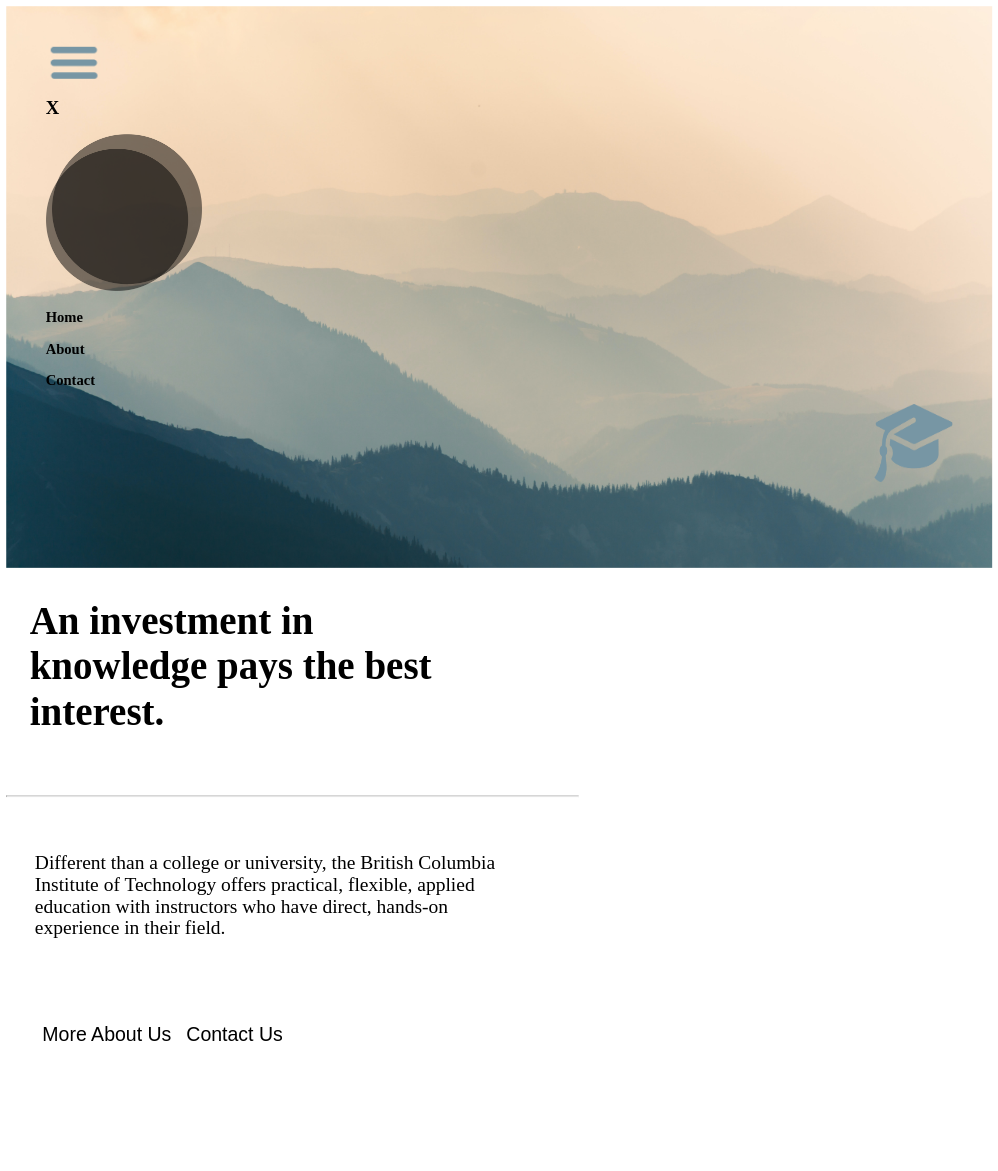
Repository: sierralaurent/MDIA2109-Assignment01
Page: /, after clicking the first element matching `button`
These files come from the project's save history. The page is drawn as it stood at one moment and after the next save; the edit follows.
The browser window is 1280 px wide. The pictures show the whole page, at 78% of full size.
The project was rebuilt for these pictures with package versions that can differ from the ones it lists, and the page was loaded fresh each time. The framework's server and built-in components were replaced by stand-ins that run in the browser. Also part of the build but not shown: next.config.js.

Above is the page before, as saved 2023-02-05 16:37:39.

### pages/index.js
import Head from 'next/head'
import Image from 'next/image'
import { Inter } from '@next/font/google'
import styles from '@/styles/Home.module.css'
import Link from 'next/link'
import Card from '../components/Card'
const inter = Inter({ subsets: ['latin'] })

export default function Home() {
  return (
    <>
    <nav>
      <Head>
        <title>Home</title>
        <meta name="author" content="MDIA 2109" />
        <meta property="og:title" content="Assignment #1 - Home Page" />
        <meta property="og:description" content="BCIT Digital Design and Development Diploma" />
        <link rel="icon" href="/favicon.png" />
        </Head>
        <main className={styles.main} >

          <div className={styles.nav}>
          <Card className={styles.icon1}/>
            <img src="icons/graduation-hat.png" className={styles.icon2}/>
          </div>
          <div className={styles.middle}>
            <div >
            <div className={styles.intro}>
            <h1>An investment in knowledge pays the best interest.</h1>
            </div>
            <hr></hr>
            <div className={styles.intro2}>
            <p>Different than a college or university, the British Columbia Institute of Technology offers practical, flexible, applied education with instructors who have direct, hands-on experience in their field.</p>
            </div>
            </div>

            <div className={styles.buttons}>
            <Link href="/about">
          <button className={styles.butt}>More About Us</button>
        </Link>
        <Link href="/contact">
        <button className={styles.butt}>Contact Us</button>
        </Link>
            </div>
            </div>
          <div className={styles.bottom}>
            <a href="/about">
              <span>
                <img src="icons/downwardArrow.png" className={styles.icon3}/>
              </span>
            </a>
          </div>
        </main>
    </nav>
    </>
  )
}

### styles/Home.module.css
.main {
  background-image: url('../public/background-images/backgroundMountain.jpg');
  background-size: cover;
  height: 100vh;
}

.nav {
  padding: 4%;
}

.buttons {
  padding: 5%;
  bottom: 6rem;
  left: 1rem;
  gap: 2rem;
}

.butt {
  border: 3px solid white;
  border-radius: 8%;
  background-color: transparent;
  font-size: 25px;
  width: fit-content;
  padding: 1%;

}

.butt:hover {
  background-color: white;
  color: black;
}

.intro {
  display: flex;
  justify-content: left;
  flex-direction: row;

}

.intro2 {
  display: flex;
  justify-content: left;
  flex-direction: row;
  font-size: 25px;
  padding: 5%;
}

.intro h1 {
  font-size: 50px;
  padding: 5%;
  flex-direction: row;
}
.intro p {
  font-size: 30px;
  padding: 5%;
  flex-direction: row;
}

.middle {
  display: flex;
  flex-direction: column;
  justify-content: left;
  align-items: left;
  padding-top: 10%;
  padding-right: 30%;
}

.icon1 {
  width: 100px;
  height: 100px;
  float: left;
}

.icon2 {
  width: 100px;
  height: 100px;
  float: right;
}

.icon3 {
  width: 5vw;
  height: 5vh;
  float: right;
}

.bottom {
  padding: 8%;
  padding-top: 1%;
}

/* Desktop */
@media only screen and (min-width: 1000px) {
    .intro {
      max-width: 600px;
    }
    .intro2 {
      max-width: 600px;
    }
}


/* Tablet or iPad Air */
@media only screen and (min-width: 600px) and (max-width: 999px ) {
    .intro {
      max-width: 800px;
    }
    .middle {
      padding-right: 10%;
    }
    .intro h1 {
      font-size: 35px;
    }
    .intro2 p {
      font-size: 20px;
    }
    .butt {
      font-size: 20px;
    }
    .icon1 {
      width: 80px;
      height: 80px;
    }
    .icon2 {
      width: 80px;
      height: 80px;
    }
    .bottom {
      padding-top: 30%;
    }
}

/* Mobile or iPhone XR */
@media only screen and (max-width: 599px ) {
  .intro {
    max-width: 800px;
  }
  .middle {
    padding-right: 10%;
  }
  .intro h1 {
    font-size: 28px;
  }
  .intro2 p {
    font-size: 18px;
  }
  .butt {
    font-size: 18px
  }
  .icon1 {
    width: 50px;
    height: 50px;
  }
  .icon2 {
    width: 50px;
    height: 50px;
  }
  .icon3 {
    width: 40px;
    height: 40px;
  }
  .bottom {
    padding-top: 40%;
    padding-left: 5%;
  }
}

### components/Card/index.js
import {useState} from 'react'
import Image from 'next/image'
import styles from '@/components/Card/card.module.css'

const Card = () => {
    const [showPopup, setShowPopup] = useState(0);

    return (
        <div>
            <button className={styles.butt}
                onClick={() => setShowPopup(true)}
                >
                    <img src='/icons/menu-icon.png' width={60}></img>
            </button>

            {
                showPopup ? (
                    <div className={styles.menubutton}>
                        <h1 className={styles.x} onClick={() => setShowPopup(0)}>
                            X
                        </h1>
                        <img src="./background-images/menuBackground.png" width={200} className={styles.background}></img>
                        <h3>Home</h3>
                        <h3>About</h3>
                        <h3>Contact</h3>
                        </div>





                ) : null
            }
        </div>
    );
};

export default Card;

### components/Card/card.module.css
.x {

}

.butt {
    background-color: transparent;
    border: none;
}

.menubutton {

}

.menu h3 {
    font-size: 22px;
}

.background {

}

Loaded but not shown: pages/_document.js (common file); pages/api/hello.js (common file)

After the next save:
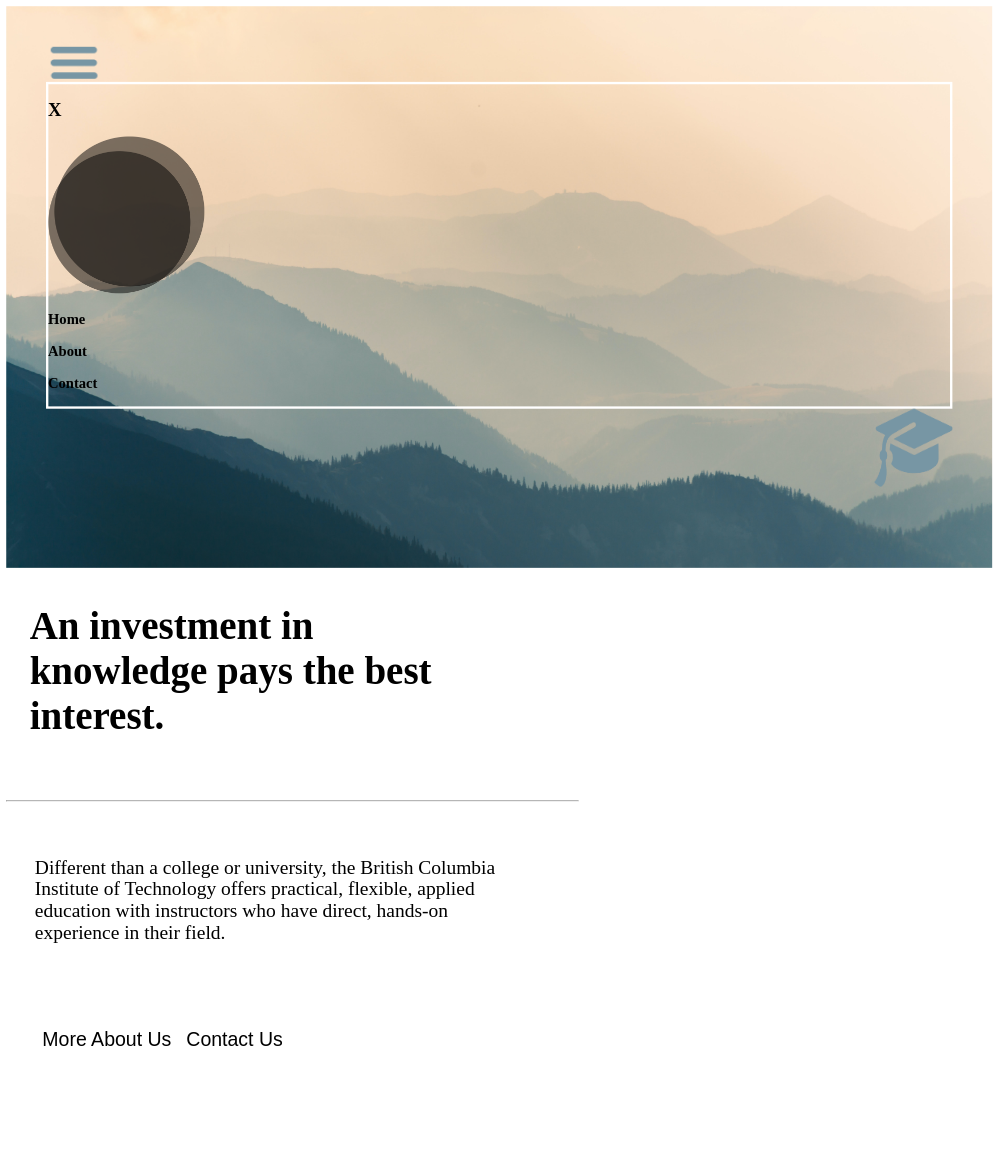
Saved 27 s later.
--- a/components/Card/card.module.css
+++ b/components/Card/card.module.css
@@ -8,6 +8,10 @@
 }
 
 .menubutton {
+    border: 3px solid white;
+}
+
+.menu {
 
 }
 
